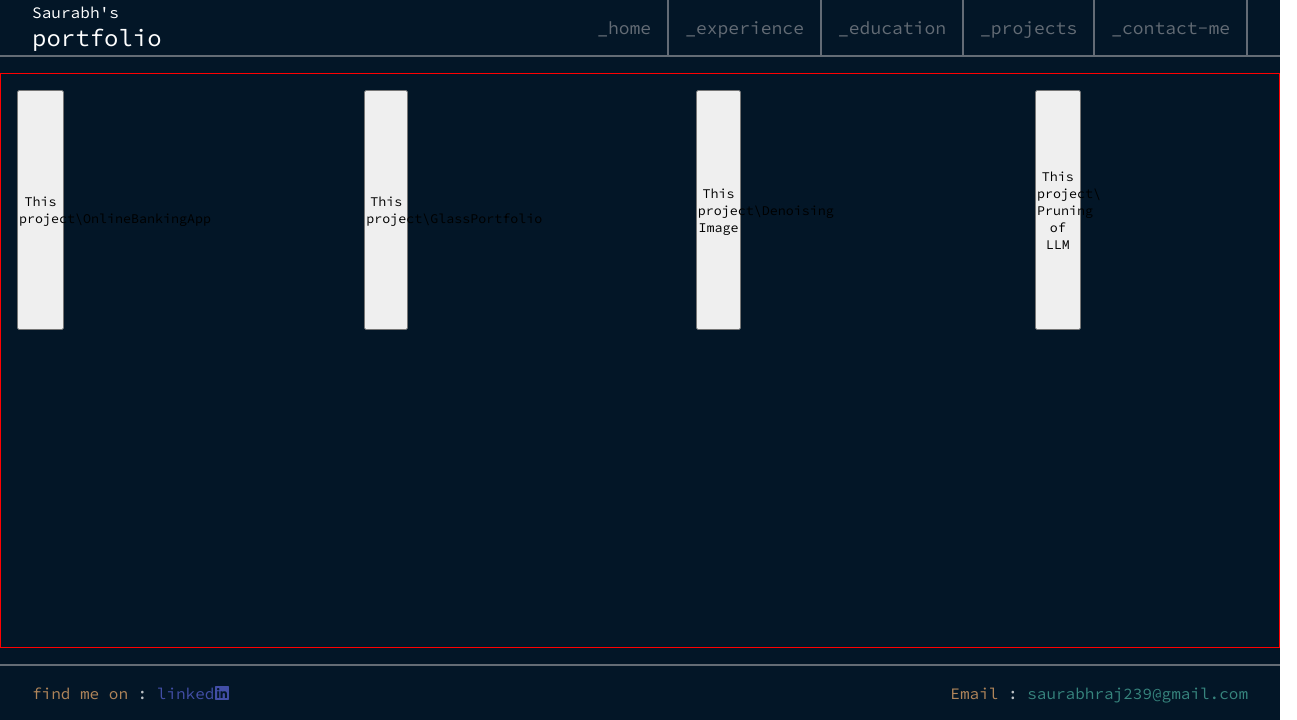
Repository: saurabhraj23/FrontendReactPortfolio
Page: /projects
An editor plug-in stored every save of this project. The page is shown before and after a run of saves, followed by the edit.
The browser window is 1280 px wide. The page is 1280 px wide, then 1297 px, so the pictures cover 1297 px, including what lies to the right of the window. The pictures show the whole page.
The project was rebuilt for these pictures with package versions that can differ from the ones it lists, and the page was loaded fresh each time. Also part of the build but not shown: vite.config.js, src/components/Education.jsx, src/components/Experience.jsx, src/components/Contacts.jsx, src/styles/default-page.css, src/components/DefaultPage.jsx.

Above is the page before, as saved 2024-07-23 01:08:29.

### src/App.jsx
import React from "react";
import { BrowserRouter as Router, Route, Routes } from "react-router-dom";
import "./styles/App.css";
import Home from "./components/Home";
import Education from "./components/Education";
import Experience from "./components/Experience";
import Contacts from "./components/Contacts";
import Projects from "./components/Projects";
import Heading from "./components/Heading";
import Footer from "./components/Footer";
import DefaultPage from "./components/DefaultPage";

function App() {
  return (
    <div className="main">
      <Router>
        <Heading />
        <Routes>
          <Route path="/" element={<Home />}>
            <Route path="/" element={<DefaultPage />} />
            <Route path="/education" element={<Education />} />
            <Route path="/experience" element={<Experience />} />
            <Route path="/contacts" element={<Contacts />} />
            <Route path="/projects" element={<Projects />} />
          </Route>
        </Routes>
        <Footer />
      </Router>
    </div>
  );
}

export default App;

### src/styles/App.css
@import "./color.css";
@import "./experience.css";
@import "./education.css";
@import "./project.css";
@import "./header.css";
@import "./contact-me.css";
@import "./footer.css";
@import "./default-page.css";


*{
  margin:0;
  padding: 0;
  box-sizing: border-box;
  font-family: "Source Code Pro";
  font-weight: 400;
}

.main{
  background-color: var(--bg-color);
  color: var(--primary-white);
  height: 100vh;
  width: 100%;
  display: grid;
  grid-template-rows: 1fr 8fr 1fr;
  grid-template-columns: 4fr 3fr;
padding: 0;
}

### src/components/Home.jsx
import React from "react";
import { Outlet } from "react-router-dom";

function Home() {
  return (
    <>
      <Outlet />
    </>
  );
}

export default Home;

### src/components/Projects.jsx
import React from "react";
import "../styles/App.css";
import { Link } from "react-router-dom";

function Projects() {
  return (
    <>
      <div className="projects-left-side"></div>
      <div className="projects-right-side">
        <Link to={"https://github.com/saurabhraj23/OnlineBankingAppKPMG"}>
          <button className="project-item">
            <span> This project\</span>
            <span>OnlineBankingApp</span>
          </button>
        </Link>
        <Link to={"https://github.com/saurabhraj23/Glass-Portfolio"}>
          <button className="project-item">
            <span> This project\</span>
            <span>GlassPortfolio</span>
          </button>
        </Link>
        <Link to={"https://github.com/saurabhraj23/Denoising-Image"}>
          <button className="project-item">
            <span> This project\</span>
            <span>Denoising Image</span>
          </button>
        </Link>
        <Link to={"https://github.com/saurabhraj23/Pruning"}>
          <button className="project-item">
            <span> This project\</span>
            <span> Pruning of LLM</span>
          </button>
        </Link>
      </div>
    </>
  );
}

export default Projects;

### src/components/Heading.jsx
import React from "react";
import Navbar from "./Navbar";
function Heading() {
  return (
    <header className={"heading"}>
      <h2>
        <h6>Saurabh's</h6>
        portfolio
      </h2>
      <Navbar />
    </header>
  );
}

export default Heading;

### src/components/Footer.jsx
import React from "react";
import { Link } from "react-router-dom";
import { FaLinkedin } from "react-icons/fa";

function Footer() {
  return (
    <footer className="footer">
      <div>
        <span>find me on</span> <span>&nbsp;:</span>
        <Link to={"https://www.linkedin.com/in/saurabhraj239/"}>
          <span>
            &nbsp;linked
            <FaLinkedin />
          </span>
        </Link>
      </div>
      <div>
        <span>Email</span> <span> :</span>
        <span> saurabhraj239@gmail.com</span>
      </div>
    </footer>
  );
}

export default Footer;

### src/styles/color.css
@import url('https://fonts.googleapis.com/css2?family=Source+Code+Pro:ital,wght@0,200..900;1,200..900&display=swap');

:root {
--bg-color:#031627;
--primary-white:#fff;
--primary-dark:#d3d0d076;
--secondary-blue:#424ea6;
--tertiary-green:#37857e;
--tertiary-green-dark:#77E4C8;
--tertiary-brown-light:#D4BDAC;
--tertiary-orange:#b0855a;

}

### src/styles/experience.css
@import "./color.css";

.experience-left-side{
  display: none;
}
.experience-right-side{
  margin: 2rem;
  grid-column: 1/3;

}
.experience-right-side > div:first-child{
  display: flex;
  justify-content: space-between;
}
.experience-right-side>div:first-child>span:nth-child(2) span{
display: inline-block;
}
.experience-right-side>div:first-child>span:nth-child(2)>span:nth-child(2){
  animation: present 2s infinite alternate ease-in-out;

}

@keyframes present {
  from{

    opacity: 0;
  }
  to{

    opacity: 1;
  }
}

.experience-right-side>div:first-child>span:first-child{
  font-size: 1.4rem;
  color: var(--secondary-blue);
  font-weight: 600;
  margin-bottom: 3rem;
  text-decoration: underline;
}

.experience-right-side span{
  display: block;
}

.internship-details{
  display: flex;
  flex-direction: column;
}
.internship-details>span:first-child{
  font-size: 1.2rem;
  color: var(--tertiary-green);
  font-weight: 600;
  letter-spacing: 0.2rem;
  margin-bottom:1rem ;


}
.internship-details>span:nth-child(2){
  /* letter-spacing: 0.1rem; */
  color: var(--tertiary-brown-light);

}

.internship-details>span:nth-child(2)>span:first-child{
  font-size: 1.1rem;
  font-weight: 500;
  color: var(--tertiary-orange);

}


.internship-details>span:first-child span{
  display: inline-block;

}

.internship-details>span:nth-child(2)>span:first-child{
  letter-spacing: 0.2rem;
}

.internship-details>span:first-child>span:first-child{
  animation: arrowMove 1.6s infinite alternate ease-in-out;
  }

.fte-details{
  display: flex;
  flex-direction: column;
  margin-top: 2rem;

}
.fte-details>span:first-child{
  font-size: 1.2rem;
  color: var(--tertiary-green);
  font-weight: 600;
  letter-spacing: 0.2rem;
  margin-bottom: 1rem;

}

.fte-details>span:nth-child(2){
  color: var(--tertiary-brown-light);
}

.fte-details>span:nth-child(2)>span:nth-child(1)>span:first-child{
  color: var(--tertiary-orange);
  font-size: 1.1rem;
  font-weight: 500;
  }

.fte-details>span:nth-child(2)>span:nth-child(2)>span:first-child{
  letter-spacing: 0.2rem;
}
.fte-details>span:nth-child(2)>span:nth-child(1)>span:first-child{
  letter-spacing: 0.2rem;
}

.fte-details>span:nth-child(2)>span:nth-child(2){
  margin-top: 1rem;
}
.fte-details>span:nth-child(2)>span:nth-child(2)>span:first-child{
font-size: 1.1rem;
font-weight: 500;
color: var(--tertiary-orange);
}

.fte-details>span:first-child span{
  display: inline-block;
}

.fte-details>span:first-child>span:first-child{
animation: arrowMove 1.6s infinite alternate ease-in-out;
}

@keyframes arrowMove {
  from{
    transform: translateX(-0.6rem);
  }
  to{
    transform: translateX(0);
  }
}

.current-working  span{
  display: inline-block;
  animation: colorChange 2s infinite alternate ease-in-out ;

}

@keyframes colorChange {
  from{
color: var(--tertiary-brown-light);
  }

  to{
    color: var(--primary-white);

  }
}
.current-working{
  display: flex;
  flex-direction: row;
}

### src/styles/education.css
 @import "./color.css";

.education-left-side{
  display: none;
}
.education-right-side{
  margin: 2rem ;
  grid-column: 1/3;

}

.education-right-side{
  display: flex;
  flex-direction: column;
}

.degrees{
  display: flex;
  justify-content: space-between;
  margin-bottom: 2rem;
}

.degrees>span:first-child>h2{
  color: var(--tertiary-orange);
}
.degrees>span:first-child>h4{
  color: var(--tertiary-green);
}
.degrees>span:first-child>h5{
  color: var(--tertiary-brown-light);
  font-weight: 600;
}

.degrees>span:first-child>h3{
  display: flex;
  flex-direction: row;
}

.degrees>span:first-child>h3>span:nth-child(2){
  color: var(--tertiary-green-dark);
  animation: passed 2s infinite alternate ease-in-out;
}

@keyframes passed {
  from{
opacity: 0;
  }
  to{
opacity: 1;
  }
}
.degrees span:first-child {
  display: flex;
  flex-direction: column;
  gap: 0.6rem;
}
.degree-year{
  color: var(--tertiary-orange);
}

### src/styles/project.css
.projects-left-side{
  border: 1px solid red;
  display: none;
}
.projects-right-side{
  border: 1px solid red;
  grid-column: 1/3;
  display: flex;
  justify-content: space-between;
  padding: 1rem;
}

.project-item{
  position: relative;
width: 20%;
height: 15rem;
}

### src/styles/header.css
.heading{
  grid-column: 1/3;
  display: flex;
  justify-content: space-between;
  align-items: center;
  border-bottom: 0.16rem solid var(--primary-dark);
  padding:0 2rem;
  margin-bottom: 1rem;
  }

  nav button{
    padding: 1rem;
    background-color: transparent;
    cursor: pointer;
    font-size: large;
    color: var(--primary-dark);
    border: none;
    border-right: 0.16rem solid var(--primary-dark);
  }

  nav button:hover{
    color: var(--primary-white);
    box-shadow: inset 0 -0.16rem 0 0 var(--tertiary-green);

  }

  .active{
    /* box-shadow: inset 0 -0.16rem 0 0 var(--tertiary-green); */
    color: var(--tertiary-green);
  }

### src/styles/contact-me.css
@import "../styles/color.css";

.contact-me-left-side{
  display: none;
}

.contact-me-right-side{
  grid-column: 1/3;
  display: grid;
  grid-template-columns: 2fr 1.1fr;
padding:  0 2rem;
}

.contact-me-left{
  /* border: 1px solid green; */
  padding: 1rem 2rem;
display: flex;
flex-direction: column;
gap: 0.7rem;

}

.contact-me-right{
  background-color: var(--primary-white);
  border-radius: 3%;
  padding: 1rem 2rem;
  color: var(--tertiary-green);
}

.image{
display: flex;
flex-direction: column;
align-items: center;
justify-content: center;
position: relative;
}

.image>img{
  width: 40%;
  object-fit: contain;
  border-radius: 50%;
  position: relative;
  z-index: 10;
}

.contact-me-left>span:first-child {
  font-size: 2.2rem;
  letter-spacing: 0.4rem;
  font-weight: 500;
}
.contact-me-left>span:first-child span{
  font-size: 2rem;
  letter-spacing: 0.4rem;
  color: var(--tertiary-green-dark);
  font-weight: 500;

}

.contact-me-left span{
  font-size: 1rem;
}
.contact-me-left a{
  text-decoration: none;
}
.contact-me-left a:visited{
color: var(--primary-white);
}

.circle{
  /* border: 1px solid red; */
  width: 44%;
  padding-top: 44%;
  border-radius: 50%;
  position: absolute;
  background-color: var(--tertiary-green);
  /* transform: translateX(-4rem); */
  z-index: 8;
  animation: round 4s infinite alternate ease-in-out;
}

@keyframes round {
  from{
background-color: val(--bg-color);
transform: scale(0);
  }
  50%{
    background-color: val(--secondary-blue);
    transform: scale(0.9);
  }
  to{
    background-color: val(--tertiary-green);
    transform: scale(1);
  }
}

.contact-details>span:first-child{
color: var(--tertiary-green-dark);
}

form{
display: flex;
flex-direction: column;
font-size: larger;
letter-spacing: 0.1rem;


}
.contact-me-form-heading{
text-align: center;
font-size: 2rem;
  width: 100%;

padding: 0.6rem;
border-radius: 0.4rem;
letter-spacing: 0.2rem;
box-shadow: 0 0.12rem 0 0.2rem var(--tertiary-green);

}


.contact-me-form-heading>span{

}

.fields{
  display: flex;
  flex-direction: column;
  margin-top: 1.8rem;

}

.fields>input{
  height: 2rem;
  border: none;
  outline: none;
  border-bottom: 0.16rem solid var(--primary-dark);
  font-size: 1rem;
  box-sizing:border-box;
  padding: 0.6rem;
  letter-spacing: 0.1rem;


}

.fields>input:focus{
border-bottom: 0.2rem solid var(--tertiary-green);

}

form div:nth-of-type(5)>textarea{
/* height: 8rem; */
outline: 0.12rem solid var(--primary-dark);
border-radius: 0.4rem;
padding-left: 1rem;
margin-top: 1rem;
padding: 0;
border: none;
border-bottom: 0.16rem solid var(--primary-dark);
font-size: 1rem;
resize: none;
box-sizing: border-box;
padding:0.6rem ;
}

.fields>textarea:focus{
  /* border-bottom: 0.2rem solid var(--tertiary-green); */
  box-shadow: 0 0.2rem 0 0 var(--tertiary-green)

  }

form> button{
font-size: large;
padding: 0.6rem 0.6rem;
border-radius: 2rem;
border: none;
cursor: pointer;
color: var(--primary-white);
background-color: var(--tertiary-green);
margin-top: 1rem;
}

.radio{
  display: flex;
  flex-direction: row;
  justify-content: space-evenly;
padding-top: 2rem;
}

.radio>span>label{
margin-left: 1rem;
/* font-size: larger; */
}

.radio>span>input{
  scale: 1.2;
  }

### src/styles/footer.css
.footer{
  grid-column: 1/3;
  display: flex;
  flex-direction: row;
  justify-content: space-between;
  align-items: center;
  padding: 0 2rem;
  border-top: 0.16rem solid var(--primary-dark);
margin-top: 1rem;
}

.footer > div:first-child{
  display: flex;
  align-items: center;
  justify-content: center;
}

.footer > div:first-child > span:first-child{
  color: var(--tertiary-orange);
}
.footer > div:first-child > a>span{
  color: var(--secondary-blue);
  display: flex;
  align-items: center;
  justify-content: center;
}

.footer > div:nth-of-type(2) > span:nth-of-type(1){
  color: var(--tertiary-orange);
}
.footer > div:nth-of-type(2) > span:nth-of-type(3){
  color: var(--tertiary-green);
}

.footer>div:first-child >a{
text-decoration: none;
color: var(--secondary-blue);
}

.footer>div:first-child span:nth-child(2){
  animation: blink 2s infinite alternate linear;
}
.footer>div:last-child span:nth-child(2){
  animation: blink 2s infinite alternate linear;
  color: white;
}

@keyframes blink {
  from{
    opacity: 0;
  }
  to{
    opacity: 1;
  }
}

### src/components/Navbar.jsx
import React, { useRef, useState } from "react";
import { Link } from "react-router-dom";

function Navbar() {
  const navBar = [
    { path: "/", label: "_home" },
    { path: "/experience", label: "_experience" },
    { path: "/education", label: "_education" },
    { path: "/projects", label: "_projects" },
    { path: "/contacts", label: "_contact-me" },
  ];

  const [activeIndex, setActiveIndex] = useState(false);

  return (
    <nav>
      {navBar.map((element, idx) => (
        <Link key={idx} to={element.path}>
          <button
            className={activeIndex === idx ? "active" : ""}
            onClick={() => {
              setActiveIndex(idx);
            }}
          >
            {element.label}
          </button>
        </Link>
      ))}
    </nav>
  );
}

export default Navbar;

Loaded but not shown: index.html (common file); src/main.jsx (common file); src/index.css (no stored copy; drawn as an empty file)

After the next 2 saves:
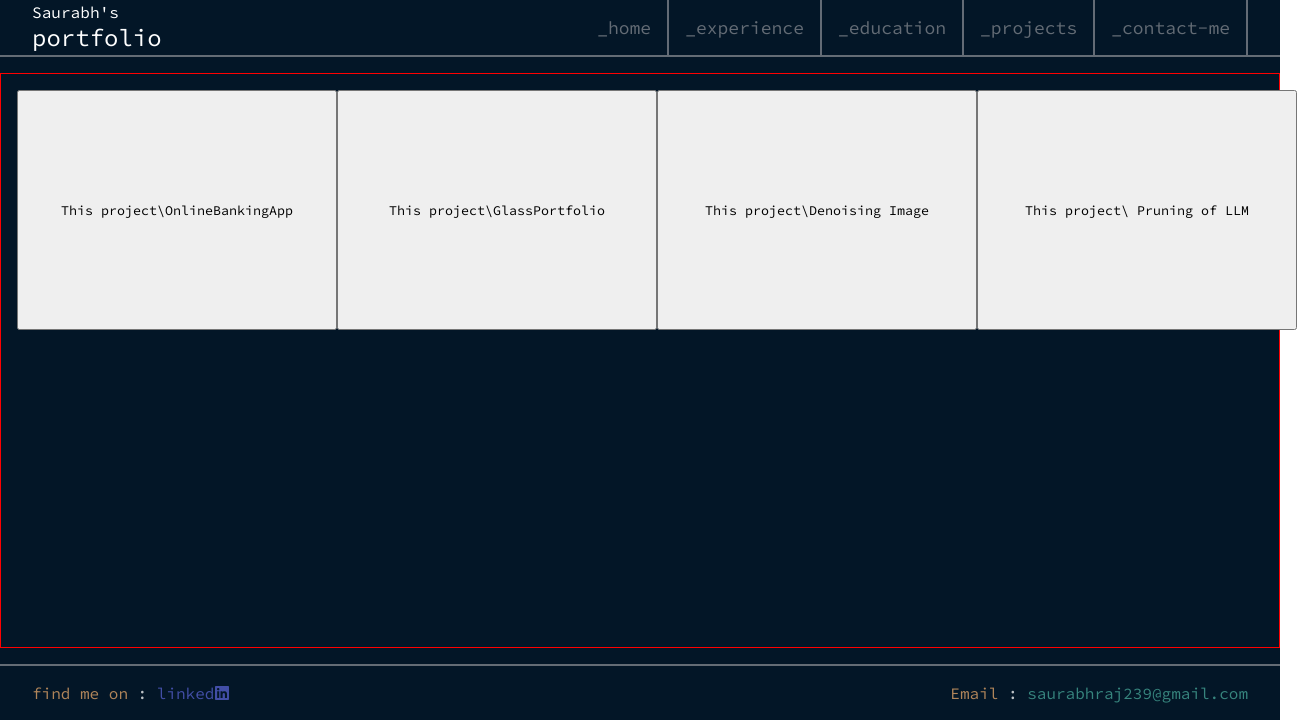
The 2 saves are shown as one change because they came seconds apart.
The last was saved 33 s later.
--- a/src/styles/project.css
+++ b/src/styles/project.css
@@ -12,6 +12,6 @@
 
 .project-item{
   position: relative;
-width: 20%;
+width: 20rem;
 height: 15rem;
 }
